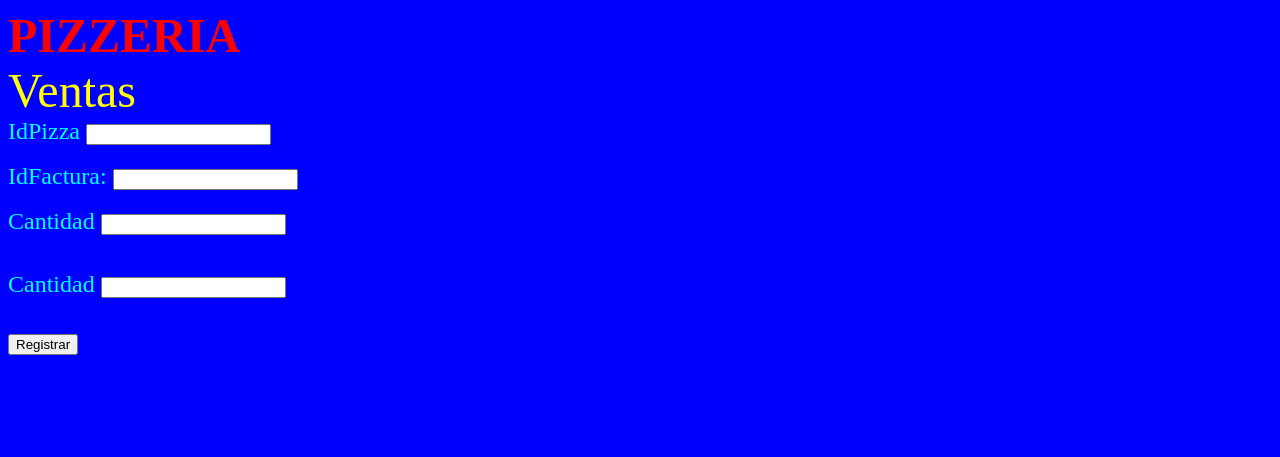
Repository: kaoxen/Cloud9
Page: restauranteapp/workspace/ventas.html
The author's editor kept a record of every edit. The page is drawn from the files as they stood at one moment, then again after the next edit.
The browser window is 1280 px wide. The pictures show the whole page.

Above is the page before.

After the next edit:
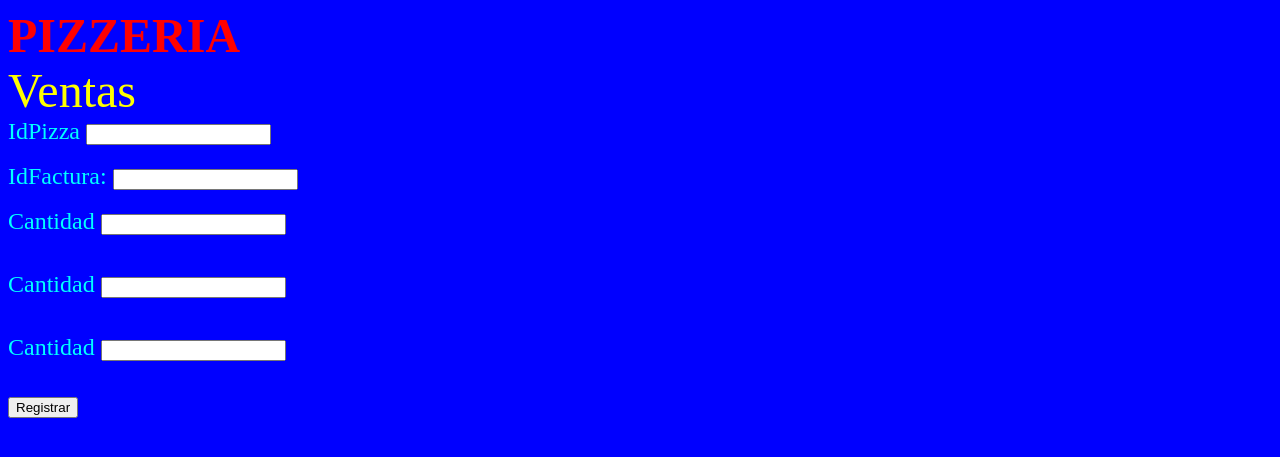
The edit:
--- a/restauranteapp/workspace/ventas.html
+++ b/restauranteapp/workspace/ventas.html
@@ -22,6 +22,10 @@
 </br>
 <font color="aqua" size=5>    Cantidad </font>      <input type="int" name="cantidad"></br>
 
+</br>
+
+</br>
+<font color="aqua" size=5>    Cantidad </font>      <input type="int" name="cantidad"></br>
 
 </br>
 </br>
